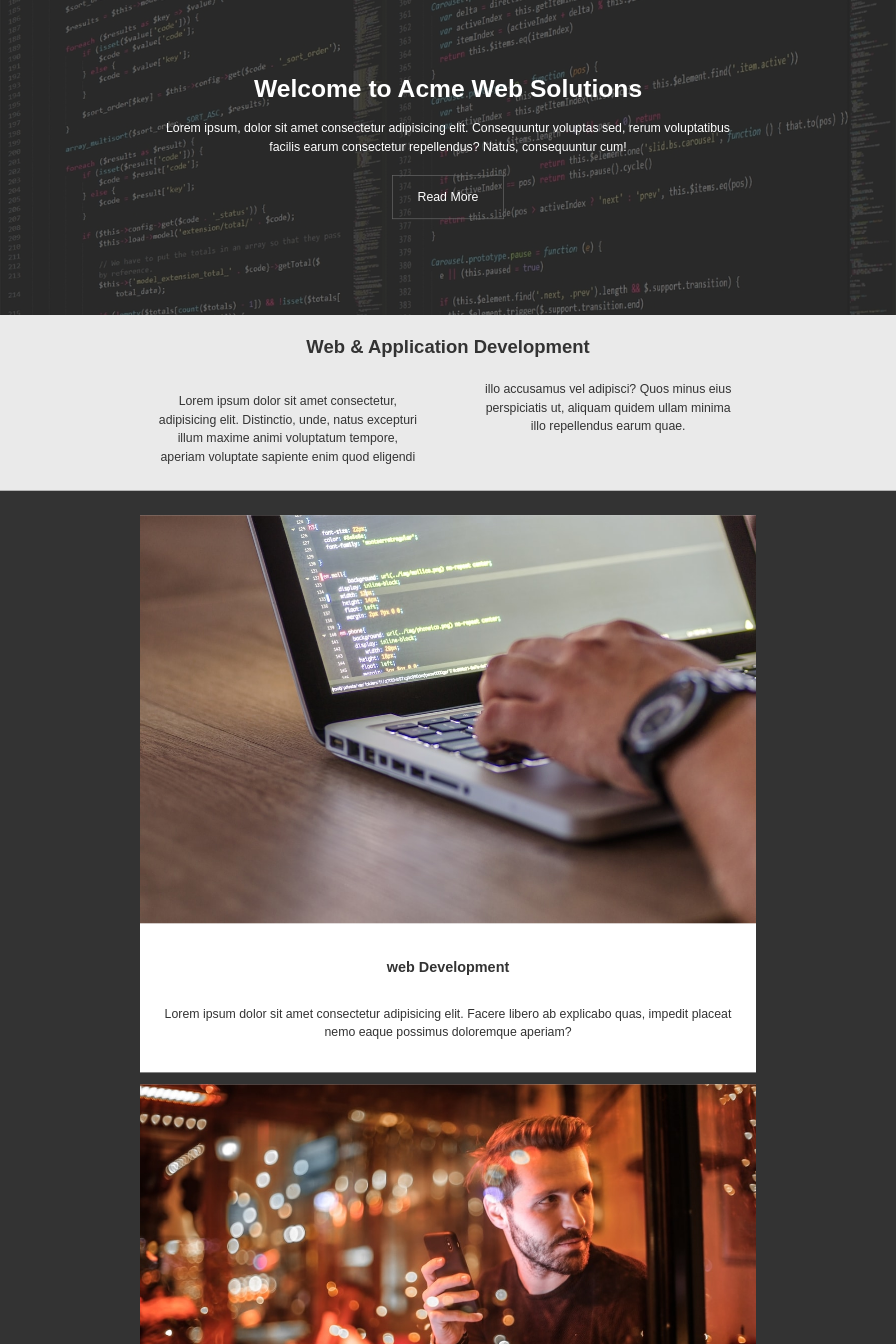
Repository: ErikBaer/MobileFirst
Page: index.html
An editor plug-in stored every save of this project. The page is shown before and after the next save, followed by the edit.
The browser window is 1280 px wide. The pictures show the part of the page from y = 0 to 1920 px (the page is 3922 px tall), at 70% of full size.

Above is the page before, as saved 2020-02-15 03:57:20.

### index.html
<!DOCTYPE html>
<html lang="en">
<head>
    <meta charset="UTF-8">
    <meta name="viewport" content="width=device-width, initial-scale=1.0">
    <link rel="stylesheet" type="text/css" href="style.css">
    <title>Acme Web Solutions</title>
</head>
<body>

<!--Header Showcase -->

   <header id="showcase" class="grid">
    <div class="bg-image"></div>
    <div class="content-wrap">
    <h1>Welcome to Acme Web Solutions</h1>
    <p>Lorem ipsum, dolor sit amet consectetur adipisicing elit.
         Consequuntur voluptas sed, rerum voluptatibus facilis
         earum consectetur repellendus? Natus, consequuntur cum!
        </p>
    <a href="#section-b" class="btn">Read More</a>
    </div>
</header>

<!-- Main Area -->

<main id="main">

    <!-- Section A -->

    <section id="section-a" class="grid">
        <div class="content-wrap">
            <h2 class="content-title">Web & Application Development</h2>
            <div class="content-text">
                <p>Lorem ipsum dolor sit amet consectetur, adipisicing elit.
                    Distinctio, unde, natus excepturi illum maxime animi
                    voluptatum tempore, aperiam voluptate sapiente enim quod
                    eligendi illo accusamus vel adipisci? Quos minus eius
                    perspiciatis ut, aliquam quidem ullam minima illo
                    repellendus earum quae.</p>
            </div>
        </div>
    </section>

    <!-- Section B -->

    <section id="section-b" class="grid">
        <ul>
            <li>
                <div class="card">
                    <img src="./Assets/Coding-Person.jpg" alt="">
                    <div class="card-content">
                        <h3 class="card-title">web Development</h3>
                        <p>Lorem ipsum dolor sit amet consectetur
                            adipisicing elit. Facere libero ab explicabo
                            quas, impedit placeat nemo eaque possimus
                            doloremque aperiam?</p>
                    </div>
                </div>
            </li>
            <li>
                <div class="card">
                    <img src="./Assets/mobile-man.jpg" alt="">
                    <div class="card-content">
                        <h3 class="card-title">Mobile Applications</h3>
                        <p>Lorem ipsum dolor sit amet consectetur
                            adipisicing elit. Facere libero ab explicabo
                            quas, impedit placeat nemo eaque possimus
                            doloremque aperiam?</p>
                    </div>
                </div>
            </li>
            <li>
                <div class="card">
                    <img src="./Assets/charts.jpg" alt="">
                    <div class="card-content">
                        <h3 class="card-title">Tech Marketing</h3>
                        <p>Lorem ipsum dolor sit amet consectetur
                            adipisicing elit. Facere libero ab explicabo
                            quas, impedit placeat nemo eaque possimus
                            doloremque aperiam?</p>
                    </div>
                </div>
            </li>
        </ul>
    </section>

    <!-- Section C -->
    <section id="section-c" class="grid">
        <div class="content-wrap">
            <h2 class="content-title"> We handle all of your digital needs</h2>
            <p>Lorem, ipsum dolor sit amet consectetur adipisicing elit.
                Neque asperiores pariatur dolorem ipsum dicta recusandae
                 optio vel doloremque deserunt maiores?</p>
        </div>
    </section>

    <!-- Section D -->

    <section id="section-d" class="grid">
        <div class="box">
            <h2 class="content-title">Contact Us</h2>
            <p>Lorem ipsum dolor sit, amet consectetur adipisicing elit.
                 Alias, totam quas ipsam doloremque dignissimos doloribus
                 laudantium aut provident dolore. Maxime!</p>
            <p>contact@acmewebsolutions.test</p>
        </div>
        <div class="box">
            <h2 class="content-title">About Our Company</h2>
            <p>Lorem ipsum dolor, sit amet consectetur adipisicing elit.
                Delectus ut placeat, nulla inventore laboriosam quisquam!
                Porro, asperiores libero molestiae a facilis et, ex magni
                 nostrum rem delectus quia ut? Vitae.</p>
        </div>
    </section>
</main>

<!-- Footer -->

<footer id="main-footer" class="grid">
    <div>Acme Web Solutions</div>
    <div>Project by <a href="www.baerdata.de" target="blank">Erik Baer</a></div>
</footer>

</body>
</html>

### style.css
body {
    margin: 0;
    font-family: Arial, Helvetica, sans-serif;
    background-color: #333;
    color: white;
    font-size:1.1em;
    line-height: 1.5;
    text-align: center;
}

img {
    display:block;
    width:100%;
    height: auto;
}

h1, h2, h3 {
    margin:0;
    padding: 1em 0;
}

p {
    margin: 0;
    padding: 1em 0;
}

.btn {
    display: inline-block;
    background: 333;
    color: white;
    text-decoration: none;
    padding: 1em 2em;
    border: 1px solid #666;
    margin: .5em 0
}

.btn:hover {
  background: #eaeaea;
  color: #333;
}

/* Header Showcase */

#showcase {
    min-height: 450px;
    color: #fff;
    text-align: center;
}

#showcase .bg-image {
    position: absolute;
    background: #333 url(/Assets/code.jpg);
    background-position: center;
    background-repeat: no-repeat;
    background-size: cover;
    width: 100%;
    height: 450px;
    z-index: -1;
    opacity: 0.4;
}

#showcase h1 {
    padding-top: 100px;
    padding-bottom: 0;
}

#showcase .content-wrap,
#section-a .content-wrap {
    padding: 0 1.5em;
}


/* Section A */

#section-a {
    background: #eaeaea;
    color: #333;
    padding-bottom: 2em;
}


/* Section B */

#section-b {
    padding: 2em 1em 1em;
}

#section-b ul {
    list-style:none;
    margin:0;
    padding:0;
}

#section-b li {
    margin-bottom: 1em;
    background: #fff;
    color: #333;

}

.card-content {
    padding: 1.5em;
}

/* Section c */

#section-c {
    background: #fff;
    color: #333;
    padding: 2em;
}

/* Section D / Boxes */

#section-d .box {
    padding: 2em;
    color: #fff;
}

#section-d .box:first-child {
    background: #2690d4;
}

/* Footer */

#main-footer {
    padding: 3em;
    background: #000;
    color: white;
    text-align: center;
}

#main-footer a {
    color: #2690d4;
    text-decoration: none;
}

/* Media Queries */

@media(min-width: 700px) {
    .grid {
        display: grid;
        grid-template-columns: 1fr repeat(2, minmax(auto, 25em))1fr;
    }

    #section-a .content-text {
        columns: 2;
        column-gap: 5em;
    }

    .content-wrap,
     #section-b ul {
         grid-column: 2/4;
     }

     .box, #main-footer div {
         grid-column: span 2;
     }
}

After the next save:
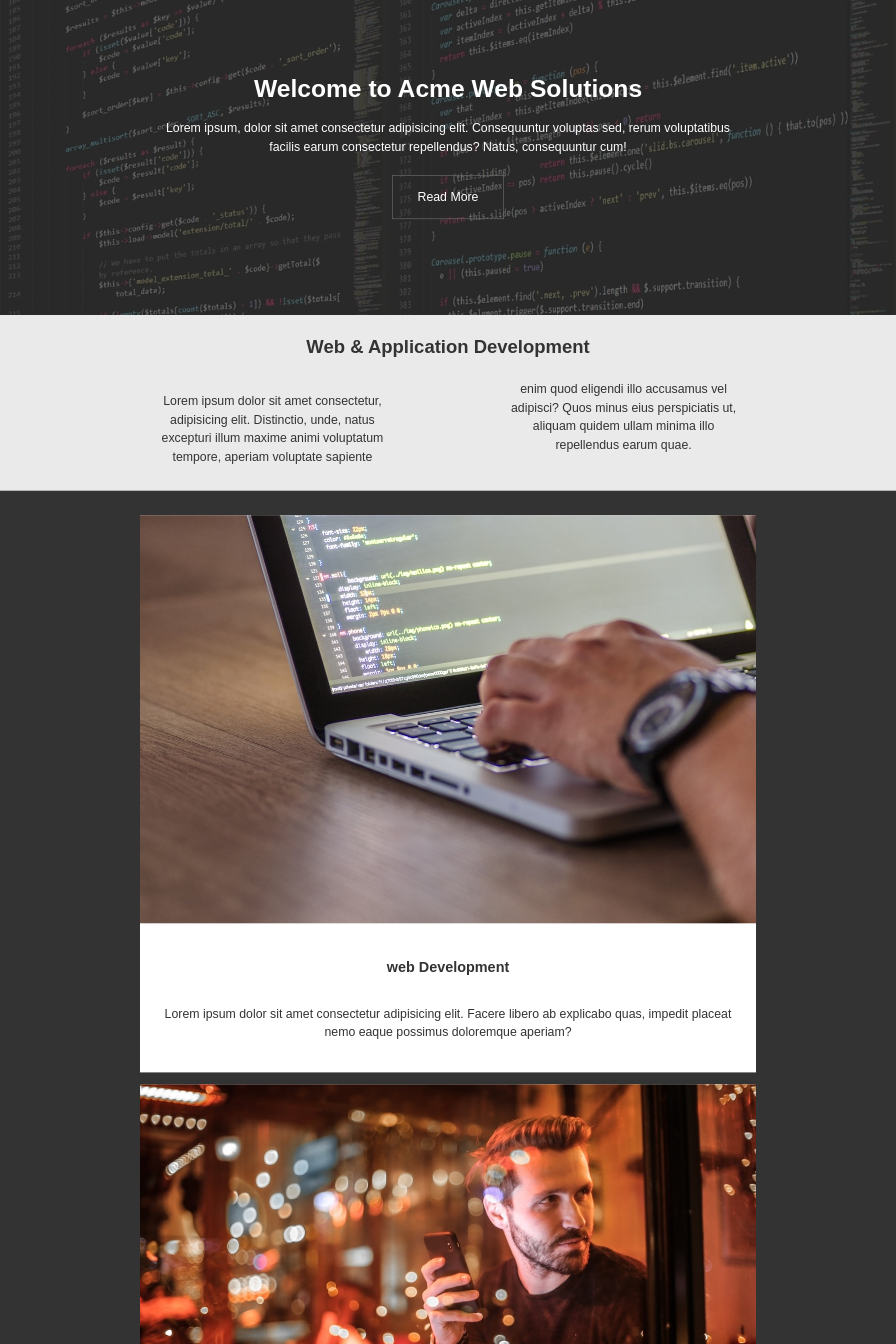
Saved 5 s later.
--- a/style.css
+++ b/style.css
@@ -145,7 +145,7 @@ p {
 
     #section-a .content-text {
         columns: 2;
-        column-gap: 5em;
+        column-gap: 10em;
     }
 
     .content-wrap,
